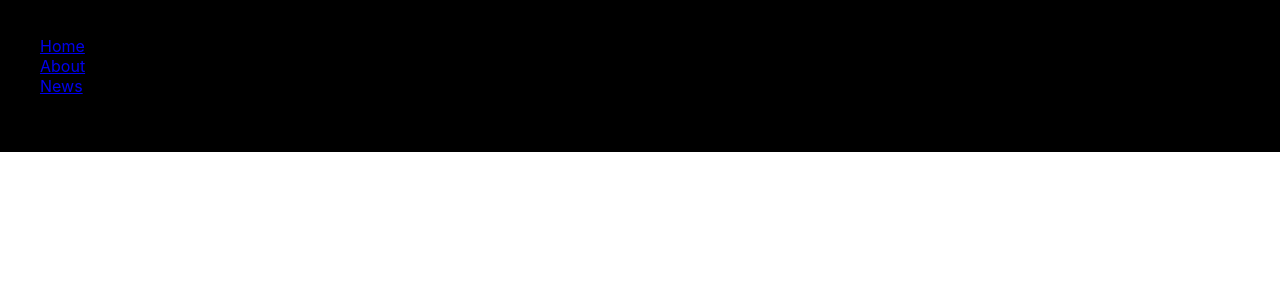
Repository: thaiduy1704/Movie
Page: /
These files come from the project's save history. The page is drawn as it stood at one moment and after the next save; the edit follows.
The browser window is 1280 px wide. The pictures show the whole page.
The project was rebuilt for these pictures with package versions that can differ from the ones it lists, and the page was loaded fresh each time. Also part of the build but not shown: src/pages/About.js, src/pages/News.js, src/pages/Error.js.

Above is the page before, as saved 2022-07-14 12:00:30.

After the next save:
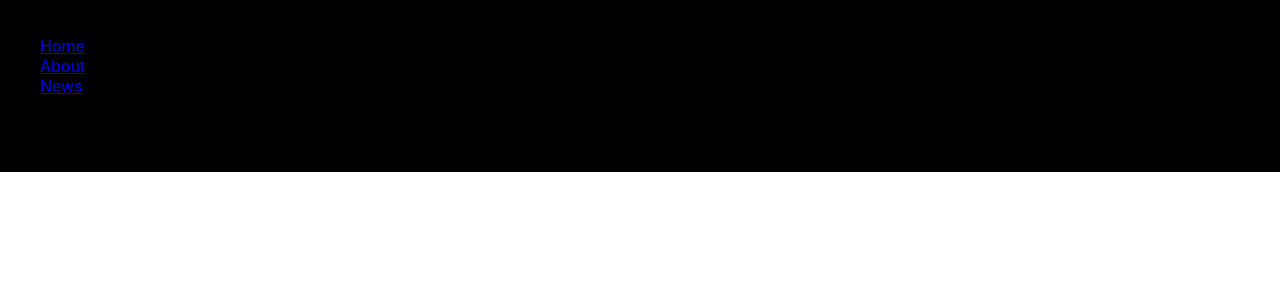
Saved 22 s later.
--- a/src/components/NavBar.js
+++ b/src/components/NavBar.js
@@ -18,6 +18,7 @@ const NavBar = () => {
             <div>
                 <ul>
                     <li></li>
+                    <span>/</span>
                     <li></li>
                 </ul>
             </div>
